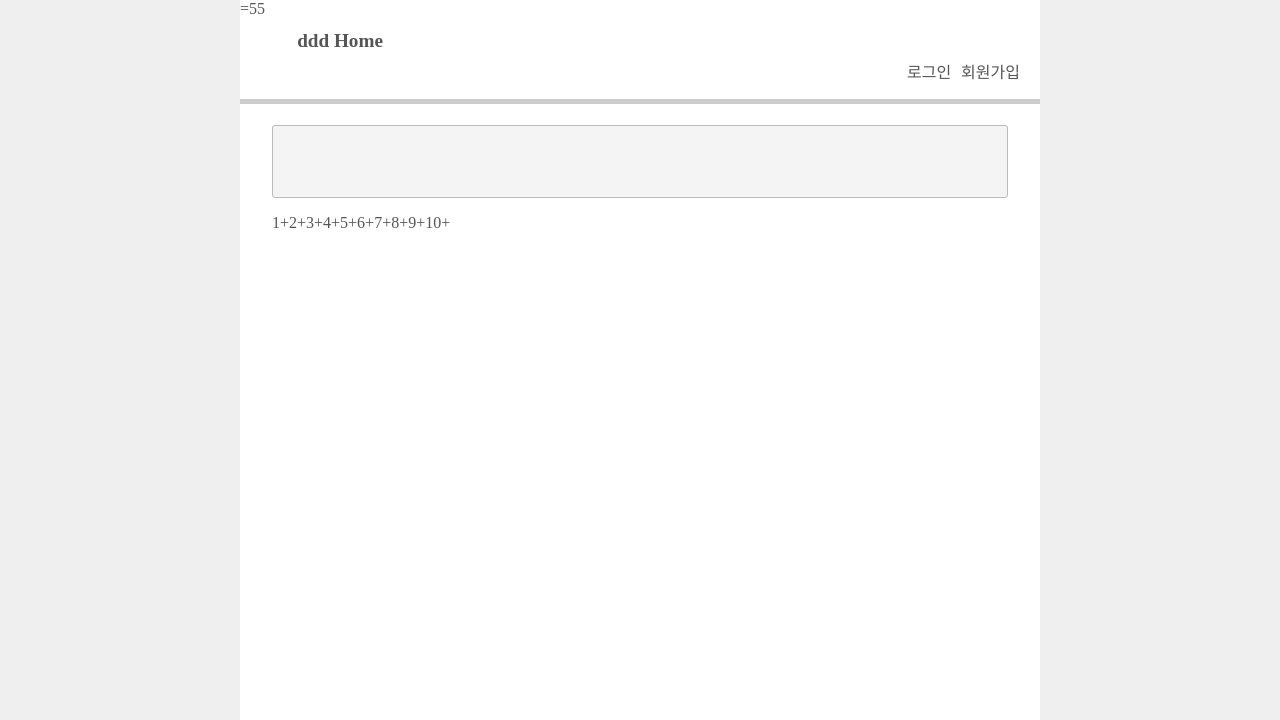
Repository: Deneb0000/JSP
Page: http://localhost/jspPro/days01/ex03_02.jsp
The author's editor kept a copy of each file at every save. The page is drawn from the files as they stood at one save, then again after a run of saves.
The browser window is 1280 px wide. The pictures show the whole page.
Some web fonts or font styles are not loaded; a fallback is used. The page is served by Tomcat 9. Other server files are loaded and not shown.

Above is the page before, as saved 2024-10-15 06:10:08.

### jspPro/src/main/webapp/days01/ex03_02.jsp
<%@ page contentType="text/html; charset=UTF-8" pageEncoding="UTF-8"%>
  <%
  String content = "";

  int sum = 0;
  for(int i=1; i<=10; i++){
	  sum += i;
	//System.out.printf("%d+",i);
	  //out.write(i+"+");
	  content += i+"+";
  }//for
//System.out.printf("=%d\n",sum);
  out.write("="+sum);
  %>
<!DOCTYPE html>
<html>
<head>
<meta charset="UTF-8">
<title>Insert title here</title>
<link rel="shortcut icon" type="image/x-icon" href="http://localhost/jspPro/images/SiSt.ico">
<script src="https://ajax.googleapis.com/ajax/libs/jquery/3.7.1/jquery.min.js"></script>
<meta name="viewport" content="width=device-width, initial-scale=1.0">
<meta name="google" content="notranslate">
<link rel="stylesheet" href="http://localhost/jspPro/resources/cdn-main/example.css">
<script src="http://localhost/jspPro/resources/cdn-main/example.js"></script>
<style>
 span.material-symbols-outlined{
    vertical-align: text-bottom;
 }
</style>
</head>
<body>
<header>
  <h1 class="main"><a href="#" style="position: absolute;top:30px;">ddd Home</a></h1>
  <ul>
    <li><a href="#">로그인</a></li>
    <li><a href="#">회원가입</a></li>
  </ul>
</header>
<div>
  <xmp class="code">

  </xmp>
  <p id="demo">
<%=content %>
  </p>
  <script>
  /*
  const arr = [];
  for(var i; i<=10; i++) arr.push(i);
  let result = arr.reduce((total, value)=> total+value);
  $("demo").html(`\${result}`);
  */
  </script>
</div>
</body>
</html>

### jspPro/src/main/webapp/resources/cdn-main/example.css
@charset "UTF-8";

@import url('https://fonts.googleapis.com/css2?family=Material+Symbols+Outlined:opsz,wght,FILL,GRAD@20..48,100..700,0..1,-50..200');

@font-face {
    font-family: 'GmarketSansMedium';
    src: url('https://cdn.jsdelivr.net/gh/projectnoonnu/noonfonts_2001@1.1/GmarketSansMedium.woff') format('woff');
    font-weight: normal;
    font-style: normal;
}

:root {
	--text-color: #555;
	--sub-text-color: #777;
	--back-color: #EFEFEF;
	--header-color: #444;
	--primary-color: #DEDEDE;
	--secondary-color: #EFEFEF;
	--default-width: 800px;
	--narrow-width: 500px;
	--wide-width: 1200px;
	--text-font: 'GmarketSansMedium';
	--icon-font: 'Material Symbols Outlined';
	--border-color: #CCC;
}

html, body {
	margin: 0;
	padding: 0;
}

html {
	background-color: var(--back-color);
	display: flex;
	justify-content: center;
	min-height: 100vh;
}

body, body.default {
	width: var(--default-width);
	background-color: white;
	padding-bottom: 120px;
}

body.wide {
	width: var(--wide-width);
}

body.narrow {
	width: var(--narrow-width);
}



body, p, div, span, a, input, select, option, textarea, button, table, th, td, label, fieldset, legend {
	font-family: var(--text-font);
	color: var(--text-color);
}

h1, h2, h3 {
	font-family: var(--text-font);
	color: var(--header-color);
	padding: 0 1rem;
	padding-top: .5rem;
}

div > h1, div > h2, div > h3 {
	padding: 0;
}

body > div, body > main > div {
	padding: 0.3rem 1rem;
}


h1 { font-size: 2rem; border-bottom: 1px solid var(--border-color); }
h1 small { font-size: 1.2rem; color: var(--sub-text-color); }
h2 { font-size: 1.5rem; border-bottom: 1px dashed var(--border-color); }
h2 small { font-size: 1.1rem; color: --sub-text-color; }
h3 { font-size: 1.2rem; }
h3 small { font-size: 1rem; color: --sub-text-color; }



h1.main::before {
	font-family: var(--icon-font);
  	content: '\e666';
  	margin-right: 10px;
  	float: left;
	font-size: 2.5rem;
}

h1.sub::before {
	font-family: var(--icon-font);
  	content: '\ea19';
  	margin-right: 10px;
  	float: left;
	font-size: 2.5rem;
}


h1.page::before {
	font-family: var(--icon-font);
  	content: '\e0e0';
  	margin-right: 10px;
  	float: left;
	font-size: 2.5rem;
}

body > header > ul > li > .active{
	background-color: #FFF;
	color:#F00;
}

body > header {
	display: flex;
	justify-content: space-between;
	border-bottom: 5px solid var(--border-color);
	min-height: 74px;
	background-color: #FFF;
}

body > header.sticky {
	position: sticky;
	top: 0;
	z-index: 98;
}

body > header > h1 {
	font-size: 1.2rem;
	border: 0;
}

body > header.in > h1::before {
	font-family: var(--icon-font);
  	content: '\e332‥';
  	margin-right: 3px;
  	float: left;
	font-size: 2rem;
}


body > header > ul {
	list-style-type: none;
	display: flex;
	align-items: flex-end;
	margin-right: 10px;
}

body > header > ul > li {
	margin-right: 10px;
	cursor: pointer;
}

body > header > ul > li > a {
	cursor: pointer;
}


form {
	display: block;
}

form > div {
	padding: 0.3rem 1rem;
}

div > form > div {
	padding: 0.3rem 0;
}

input, textarea, button, select {
	border: 1px solid #BBB;
	border-radius: 3px;
	outline: none;
	resize: none;
	padding: 7px;
	margin: 0;
}

input[type=text]:read-only, textarea:read-only {
	cursor: not-allowed;
	background-color: #FFF;
}

input[type=text]:disabled, textarea:disabled {
	cursor: not-allowed;
	background-color: #EEE;
}

input[type=text], input[type=password], textarea, button, select {
	/* width: 300px; */
}

textarea {
	display: block;
	height: 100px;
}

input[type=button], input[type=submit], button {
	/* width: inherit; */
}

input.short, textarea.short, button.short, select.short {
	width: 100px;
}

input.long, textarea.long, button.long, select.long {
	width: 350px;
}

.narrow input.long, .narrow textarea.long, .narrow button.long, .narrow select.long {
	width: calc(100% - 20px);
}

input.full, textarea.full, button.full, select.full {
	width: calc(100% - 20px);
}

textarea.short {
	height: 50px;
}

textarea.long {
	height: 100px;
}

textarea.full {
	height: 200px;
}

input, textarea {
	padding-top: 8px;
}

input[type=button], input[type=submit], button {
	padding: 5px 10px;
	background-color: var(--secondary-color);
	cursor: pointer;
	min-height: 36px;
}

input[type=button].primary, input[type=submit].primary, button.primary {
	/* background-color: rgba(100, 149, 237, .2); */
	background-color: var(--primary-color);
}

input[type=button].primary:hover, input[type=submit].primary:hover, button.primary:hover {
	/* background-color: rgba(100, 149, 237, .3); */
	background-color: var(--secondary-color);
}

input[type=button]:hover, input[type=submit]:hover, button:hover {
	background-color: var(--primary-color);
}

button {
	position: relative;
	left: 0;
	top: 0;
	padding-left: 35px;
}

button .material-symbols-outlined {
	position: absolute;
	left: 10px;
	top: 4px;
}

/* k2nik add */
button.login::before {
	font-family: var(--icon-font);
  	content: '\ea77';
	position: absolute;
	left: 11px;
	top: 4px;
	font-size: 1.25rem;
}

/* k2nik logout */
button.logout::before {
	font-family: var(--icon-font);
  	content: '\e9ba';
	position: absolute;
	left: 11px;
	top: 4px;
	font-size: 1.25rem;
}

/* k2nik help */
button.help::before {
	font-family: var(--icon-font);
  	content: '\f1c0';
	position: absolute;
	left: 11px;
	top: 4px;
	font-size: 1.25rem;
}

button.add::before{
	font-family: var(--icon-font);
  	content: '\e746';
	position: absolute;
	left: 11px;
	top: 4px;
	font-size: 1.25rem;
}

button.back::before {
	font-family: var(--icon-font);
  	content: '\e166';
	position: absolute;
	left: 11px;
	top: 4px;
	font-size: 1.25rem;
}

button.list::before {
	font-family: var(--icon-font);
  	content: '\e0ee';
	position: absolute;
	left: 11px;
	top: 4px;
	font-size: 1.25rem;
}


button.del::before {
	font-family: var(--icon-font);
  	content: '\e872';
	position: absolute;
	left: 11px;
	top: 4px;
	font-size: 1.25rem;
}


button.edit::before {
	font-family: var(--icon-font);
  	content: '\e745';
	position: absolute;
	left: 11px;
	top: 4px;
	font-size: 1.25rem;
}


button.login::before {
	font-family: var(--icon-font);
  	content: '\ea77';
	position: absolute;
	left: 11px;
	top: 4px;
	font-size: 1.25rem;
}


button.logout::before {
	font-family: var(--icon-font);
  	content: '\e9ba';
	position: absolute;
	left: 11px;
	top: 4px;
	font-size: 1.25rem;
}


button.in::before {
	font-family: var(--icon-font);
  	content: '\f71a';
	position: absolute;
	left: 11px;
	top: 4px;
	font-size: 1.25rem;
}


button.out::before {
	font-family: var(--icon-font);
  	content: '\f70e';
	position: absolute;
	left: 11px;
	top: 4px;
	font-size: 1.25rem;
}


button.reply::before {
	font-family: var(--icon-font);
  	content: '\e15e';
	position: absolute;
	left: 11px;
	top: 4px;
	font-size: 1.25rem;
}


button.comment::before {
	font-family: var(--icon-font);
  	content: '\e0b9';
	position: absolute;
	left: 11px;
	top: 4px;
	font-size: 1.25rem;
}


button.modal::before {
	font-family: var(--icon-font);
  	content: '\e89e';
	position: absolute;
	left: 11px;
	top: 4px;
	font-size: 1.25rem;
}


button.ok::before {
	font-family: var(--icon-font);
  	content: '\e86c';
	position: absolute;
	left: 11px;
	top: 4px;
	font-size: 1.25rem;
}


button.cancel::before {
	font-family: var(--icon-font);
  	content: '\e5c9';
	position: absolute;
	left: 11px;
	top: 4px;
	font-size: 1.25rem;
}

button.search::before {
	font-family: var(--icon-font);
  	content: '\e8b6';
	position: absolute;
	left: 11px;
	top: 4px;
	font-size: 1.25rem;
}

button.home::before {
	font-family: var(--icon-font);
  	content: '\e88a';
	position: absolute;
	left: 11px;
	top: 4px;
	font-size: 1.25rem;
}


button.sidebar::before {
	font-family: var(--icon-font);
  	content: '\f7e4';
	position: absolute;
	left: 11px;
	top: 4px;
	font-size: 1.25rem;
}


button.sidebar-right::before {
	font-family: var(--icon-font);
  	content: '\f7e5';
	position: absolute;
	left: 11px;
	top: 4px;
	font-size: 1.25rem;
}




button::before {
	font-family: var(--icon-font);
  	content: '\e323';
	position: absolute;
	left: 11px;
	top: 4px;
	font-size: 1.25rem;
}


table {
	border-collapse: collapse;
	margin: 1rem;
	box-sizing: border-box;
	width: calc(100% - 32px);
}

table.content {
	width: auto;
}

div > table {
	margin: 0;
}

table th, table td {
	border: 1px solid var(--border-color);
	padding: 7px;
	font-weight: normal;
}

table th {
	background-color: var(--back-color);
}

table.vertical th {
	width: 150px;
}

table.vertical td {
	width: calc(100% - 182px);
	padding-left: 10px;
}

table.content td, table.content th {
	width: auto;
}

body.narrow table.vertical th {
	width: 100px;
}

body.narrow table.vertical td {
	width: calc(100% - 182px);
}


table + table {
	margin-top: 30px;
}


p {
	padding: 0 1rem;
}

a {
	text-decoration: none;
}

a:hover {
	color: rgba(255, 99, 71, .7);
}

hr {
	border: 0;
	border-top: 1px solid var(--border-color);
	margin: 2rem 0;
}

.message {
	border: 1px solid var(--border-color);
	background-color: #EFEFEF;
	margin: 1rem;
	width: auto;
	padding-top: 10px;
	padding-bottom: 10px;
	font-size: 14px;
}

.message[title]::before {
	content: attr(title);
	display: block;
	border-bottom: 1px solid var(--border-color);
	padding-bottom: 5px;
	margin-bottom: 10px;
	margin-top: 7px;
}

.message.short {
	max-width: 250px;
}

.message.long {
	max-width: 500px;
}

.badge {
	float: right;
	font-size: .8rem;
	margin-top: 2px;
	margin-right: 2px;
	text-shadow: 0 0 7px gray;
}

.badge.left {
	float: none;
	margin-left: 2px;
}

.badge.right {
	float: right;
}

.badge.red {
	border-radius: 50%;
	padding: 2px 5px;
	background-color: rgb(255, 99, 71, .3);
}

.badge.yellow {

	border-radius: 50%;
	padding: 2px 5px;
	background-color: rgb(255, 215, 0, .5);
}

.badge.blue {
	border-radius: 50%;
	padding: 2px 5px;
	background-color: rgb(100, 149, 237, .3);
}

label + label {
	margin-left: 7px;
}

label input[type=checkbox], label input[type=radio] {
	transform: translate(0, 1px);
}

.group {
	display: flex;
}

.modal-content .group {
	margin-bottom: .5rem;
}

.group label {
	border: 1px solid #BBB;
	border-radius: 3px;
	outline: none;
	resize: none;
	padding: 7px 14px;
	margin: 0;
	border-top-right-radius: 0;
	border-bottom-right-radius: 0;
	background-color: #EFEFEF;
	white-space: nowrap;
	font-size: 14px;
}

.group input[type=text] {
	margin-left: -1px;
	border-top-left-radius: 0;
	border-bottom-left-radius: 0;
}

.group select {
	margin-left: -1px;
	border-top-left-radius: 0;
	border-bottom-left-radius: 0;
}

.group input.full[type=text] {
	margin-left: -1px;
	border-top-left-radius: 0;
	border-bottom-left-radius: 0;
	width: 100%;
}

.group input[type=button]:first-child, .group button:first-child {
	border-top-left-radius: 3px;
	border-bottom-left-radius: 3px;
	margin-left: 0px;
}

.group input[type=button], .group button {
	border-radius: 0;
	margin-left: -1px;
}

.group input[type=button]:last-child, .group button:last-child {
	margin-left: -1px;
	border-top-right-radius: 3px;
	border-bottom-right-radius: 3px;
}

.seperate {
	display: flex;
	justify-content: space-between;
}

div.list {
	width: max-content;
	margin: 1rem;
	border: 1px solid #BBB;
	border-radius: 3px;
	padding: 0;
}

div.list.full {
	width: auto;
	display: block;
	margin: 1rem;
	border: 1px solid #BBB;
	border-radius: 3px;
	padding: 0;
}

div.list > div {
	padding: .5rem 1rem;
	margin: 0;
	border-bottom: 1px solid #BBB;
}

div.list > div:last-child {
	border-bottom: 0;
}

pre.code , xmp.code{
	font-family: consols;
	background-color: rgba(150, 150, 150, .1);
	border: 1px solid #BBB;
	border-radius: 3px;
	padding: .5rem 1rem;
	padding-bottom: .6rem;
	margin: 1rem;
}




*[data-modal-window] {
	position: fixed;
	background-color: rgba(0, 0, 0, .3);
	left: 0;
	top: 0;
	display: none;
	justify-content: center;
	align-items: flex-start;
	width: 100%;
	min-height: 100vh;
	z-index: 100;
	opacity: 0;
	transition: 500ms all;
}

*[data-modal-window] .modal-container {
	border-radius: 5px;
	padding: 1rem;
	padding-bottom: .5rem;
	margin-top: -500px;
	opacity: 0;
	width: 500px;
	background-color: #FFF;
	margin-right: 2rem;
	transition: 500ms all;
}

*[data-modal-size=content] .modal-container {
	width: auto;
}

*[data-modal-size=narrow] .modal-container {
	width: 300px;
}

*[data-modal-size=wide] .modal-container {
	width: 760px;
}


*[data-modal-window] .modal-header {
	border-bottom: 1px solid var(--border-color);
	padding: 2px 5px;
}

*[data-modal-window] .modal-content {
	padding: 1rem 5px;
}

*[data-modal-window] .modal-content div:last-child {
	margin-top: 1rem;
	text-align: right;
}



*[data-sidebar-window] {
	position: fixed;
	background-color: #FFF;
	left: 0;
	top: 0;
	display: block;
	width: 300px;
	border-right: 1px solid var(--border-color);
	box-sizing: border-box;
	box-shadow: 0 0 3px var(--back-color);
	min-height: 100vh;
	z-index: 99;
	transform: translate(-300px, 0);
	transition-duration: 500ms;
	transition-property: transform;
}

*[data-sidebar-direction=right] {
	left: auto;
	right: 0;
	transform: translate(300px, 0);
	border-left: 1px solid var(--border-color);
}

*[data-sidebar-size=wide] {
	width: 500px;
	transform: translate(-500px, 0);
}

*[data-sidebar-window] .sidebar-title {
	border-bottom: 1px solid var(--border-color);
	margin-top: 20px;
	margin-bottom: 20px;
	padding-bottom: 5px;
	display: flex;
	justify-content: space-between;
}

*[data-sidebar-window] .sidebar-title span:last-child {
	cursor: pointer;
}


/* K2Nik pagination */
.center {
  text-align: center;
}

.pagination {
  display: inline-block;
}

.pagination a {
  color: black;
  float: left;
  padding: 3px 6px;
  text-decoration: none;
  transition: background-color .3s;
  border: 1px solid #ddd;
  margin: 0 3px;
}

.pagination a.active {
  background-color: #4CAF50;
  color: white;
  border: 1px solid #4CAF50;
}

.pagination a:hover:not(.active) {background-color: #ddd;}

### jspPro/src/main/webapp/resources/cdn-main/example.js

window.onload = () => {

    const list = document.querySelectorAll('input, textarea');

    list.forEach(item => {
        item.setAttribute('autocomplete', 'off');
    });


    const modal_btn_list = document.querySelectorAll('*[data-modal-button]');

    modal_btn_list.forEach(item => {
        item.onclick = function() {

            const name = this.dataset['modalButton'];
            const modal_window = document.querySelector('*[data-modal-window=' + name);

            const container = document.createElement('div');
            container.className = 'modal-container';



            const modal_header = document.createElement('div');
            modal_header.textContent = modal_window.dataset['modalTitle'];
            modal_header.className = 'modal-header';
            container.appendChild(modal_header);

            const modal_content = document.createElement('div');
            modal_content.className = 'modal-content';
            container.appendChild(modal_content);

            Array.from(modal_window.childNodes).forEach(item => {
                modal_content.appendChild(item);
            });

            modal_window.appendChild(container);

            modal_window.style.display = 'flex';

            setTimeout(() => {
                modal_window.style.opacity = 1;
                container.style.marginTop = '20px';
                container.style.opacity = 1;
            }, 50);


            const modal_ok = document.querySelector('*[data-modal-ok=' + name);
            modal_ok.addEventListener('click', function() {
                modal_window.style.opacity = 0;
                container.style.marginTop = '-500px';
                container.style.opacity = 0;

                setTimeout(() => {
                    modal_window.innerHTML = modal_content.innerHTML;
                    modal_window.style.display = 'none';
                }, 500);

            });

            const modal_cancel = document.querySelector('*[data-modal-cancel=' + name);
            modal_cancel.addEventListener('click', function() {

                modal_window.style.opacity = 0;
                container.style.marginTop = '-500px';
                container.style.opacity = 0;

                setTimeout(() => {
                    modal_window.innerHTML = modal_content.innerHTML;
                    modal_window.style.display = 'none';
                }, 500);
            });


        };
    });


    const sidebar_btn_list = document.querySelectorAll('*[data-sidebar-button]');

    sidebar_btn_list.forEach(item => {
        item.onclick = function() {



            const name = this.dataset['sidebarButton'];
            const sidebar_window = document.querySelector('*[data-sidebar-window=' + name);

            if (sidebar_window.style.transform == 'translate(0px, 0px)') return;



            sidebar_window.style.transform = 'translate(0, 0)';

            const sidebar_title = document.createElement('div');
            sidebar_title.className = 'sidebar-title';
            sidebar_title.innerHTML = '<span>' + sidebar_window.dataset['sidebarTitle'] + '</span><span class="material-symbols-outlined">close</span>';

            sidebar_title.children[1].onclick = function() {

                let sign = 1;
                let distance = 300;

                if (sidebar_window.dataset['sidebarDirection'] != 'right') {
                    sign = -1;
                } else {
                    sign = 1;
                }

                if (sidebar_window.dataset['sidebarSize'] != 'wide') {
                    distance = 300;
                } else {
                    distance = 500;
                }

                distance *= sign;

                sidebar_window.style.transform = 'translate(' + distance + 'px, 0)';

                setTimeout(function() {
                    sidebar_window.removeChild(sidebar_window.children[0]);
                }, 500);
            };


            sidebar_window.prepend(sidebar_title);

        }
    });

};

// window.onkeydown = function(event) {

//     if (event.keyCode == 27) {
//         if (document.querySelector('[data-modal-window').style.display == 'flex') {
//             document.querySelector('[data-modal-window').style.display = 'none';
//         }
//     }

// };

After the next 2 saves:
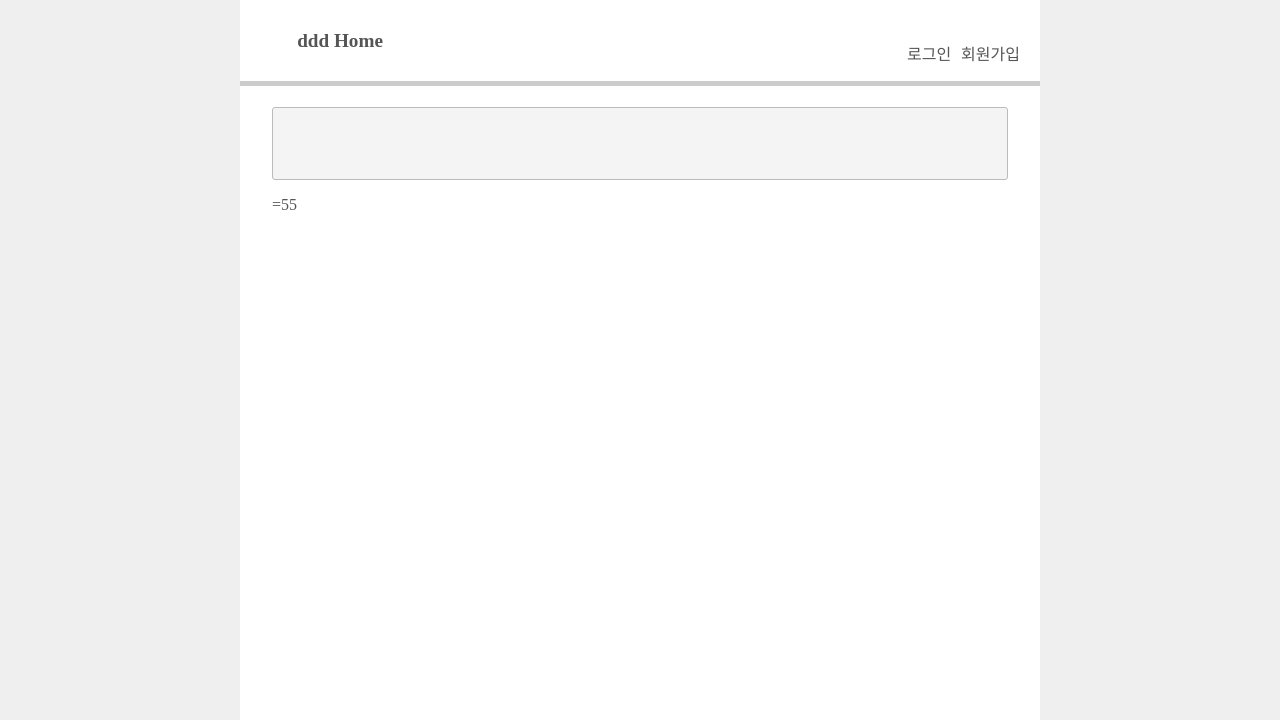
The 2 saves are shown as one change because 1 did not build or start.
The last was saved 34 s later.
--- a/jspPro/src/main/webapp/days01/ex03_02.jsp
+++ b/jspPro/src/main/webapp/days01/ex03_02.jsp
@@ -10,7 +10,8 @@
 	  content += i+"+";
   }//for
 //System.out.printf("=%d\n",sum);
-  out.write("="+sum);
+  //out.write("="+sum);
+		  content = "="+sum;
   %>
 <!DOCTYPE html>
 <html>
